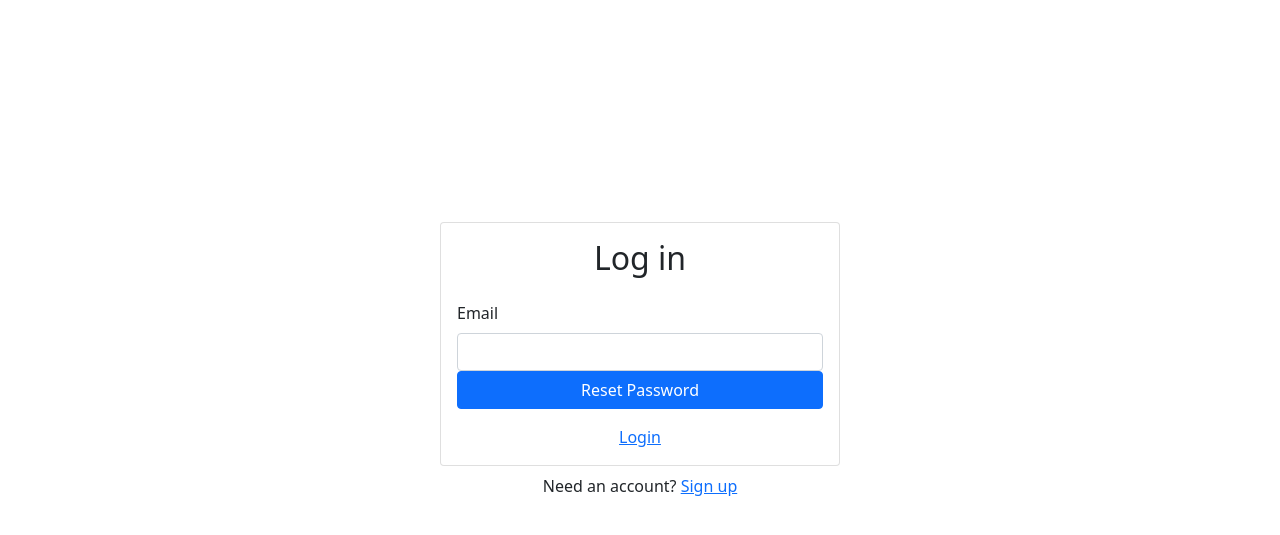
Repository: RickLeinecker/CompositionToday
Page: /forgot-password (app in frontend/)
The author's editor kept a copy of each file at every save. The page is drawn from the files as they stood at one save, then again after the next save.
The browser window is 1280 px wide. The pictures show the whole page.
The project was rebuilt for these pictures with package versions that can differ from the ones it lists, and the page was loaded fresh each time. Also part of the build but not shown: frontend/src/Signup.tsx, frontend/src/Dashboard.tsx, frontend/src/PrivateRoute.js, frontend/src/Login.tsx.

Above is the page before, as saved 2021-11-04 09:09:20.

After the next save:
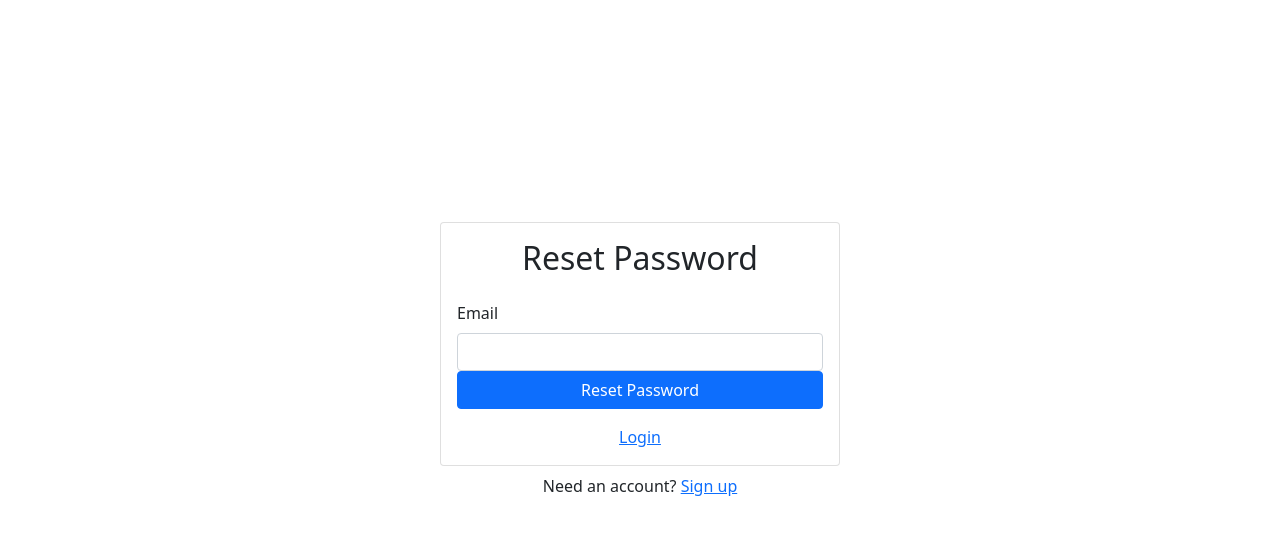
Saved 21 s later.
--- a/frontend/src/ForgotPassword.tsx
+++ b/frontend/src/ForgotPassword.tsx
@@ -32,7 +32,7 @@ export default function ForgotPassword(){
         <>
             <Card>
                 <Card.Body>
-                    <h2 className = "text-center mb-4">Log in</h2>
+                    <h2 className = "text-center mb-4">Reset Password</h2>
                     {error && <Alert variant ="danger">{error}</Alert>}
                     <Form onSubmit = {handleSubmit}>
                         <Form.Group id = "email">
